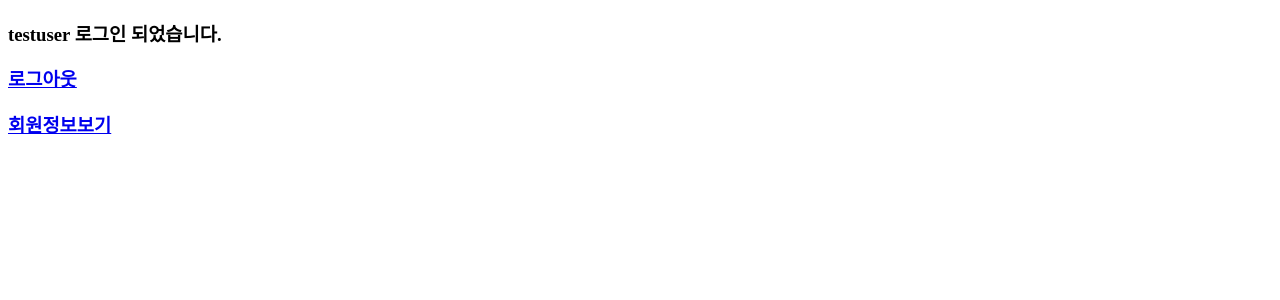
Repository: LucestDail/jdbcWorkspace
Page: http://localhost/jdbcProject/model1/member/main.jsp
The author's editor kept a copy of each file at every save. The page is drawn from the files as they stood at one save, then again after the next save.
The browser window is 1280 px wide. The pictures show the whole page.
The page is served by Tomcat 9. The session is filled in as if someone had signed in: {"login": "testuser", "name": "Test User"}. Other server files are loaded and not shown.

Above is the page before, as saved 2020-11-19 04:59:40.

### jdbcProject/WebContent/model1/member/main.jsp
<%@ page language="java" contentType="text/html; charset=EUC-KR"
    pageEncoding="EUC-KR"%>
<!DOCTYPE html>
<%-- 1. 로그인 여부 검증
로그인 상태 : 현재 화면
로그인이 admin 인 경우는 회원목록 보기 추가하기!
로그아웃 상태 : 로그인하세요. 메시지 출력 후 loginForm.jsp 로 페이지 이동하기
 --%>
 <%
 String login = (String)session.getAttribute("login");
 if(login != null){%>
<html>
<head>
<meta charset="EUC-KR">
<title>회원관리</title>
</head>
<body>
<h3><%=login %> 로그인 되었습니다.</h3>
<h3><a href = "logout.jsp">로그아웃</a></h3>
<h3><a href = "info.jsp?id=<%=login%>">회원정보보기</a></h3>
<% if(login.equals("admin")){ %>
<h3><a href = "list.jsp?id=<%=login%>"> 회원목록 보기</a></h3>
<% } %>
</body>
</html>
<% } else { %>
<script>
alert("로그인하세요")
location.href = "loginForm.jsp"
</script>
<% }%>

After the next save:
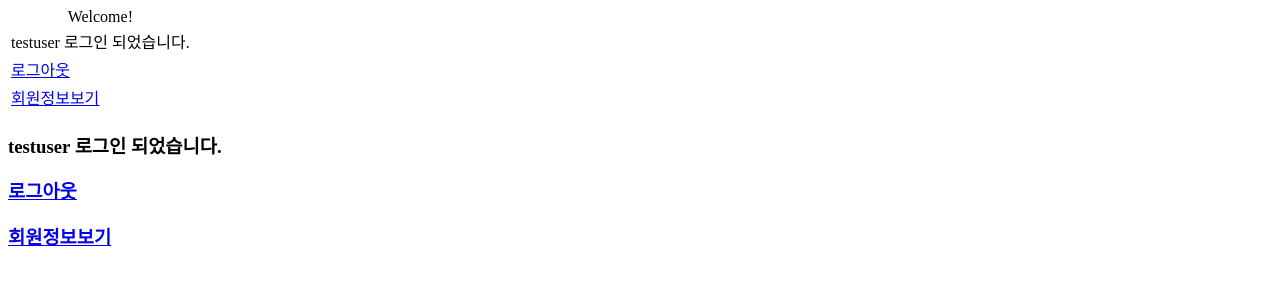
Saved 8 min 48 s later.
--- a/jdbcProject/WebContent/model1/member/main.jsp
+++ b/jdbcProject/WebContent/model1/member/main.jsp
@@ -15,6 +15,22 @@
 <title>회원관리</title>
 </head>
 <body>
+<table><caption>Welcome!</caption>
+	<tr>
+		<td><%=login %> 로그인 되었습니다.</td>
+	</tr>
+	<tr>
+		<td><a href = "logout.jsp">로그아웃</a></td>
+	</tr>
+	<tr>
+		<td><a href = "info.jsp?id=<%=login%>">회원정보보기</a></td>
+	</tr>
+	<% if(login.equals("admin")){ %>
+	<tr>
+		<td><a href = "list.jsp?id=<%=login%>"> 회원목록 보기</a></td>
+	</tr>
+	<% } %>
+</table>
 <h3><%=login %> 로그인 되었습니다.</h3>
 <h3><a href = "logout.jsp">로그아웃</a></h3>
 <h3><a href = "info.jsp?id=<%=login%>">회원정보보기</a></h3>
